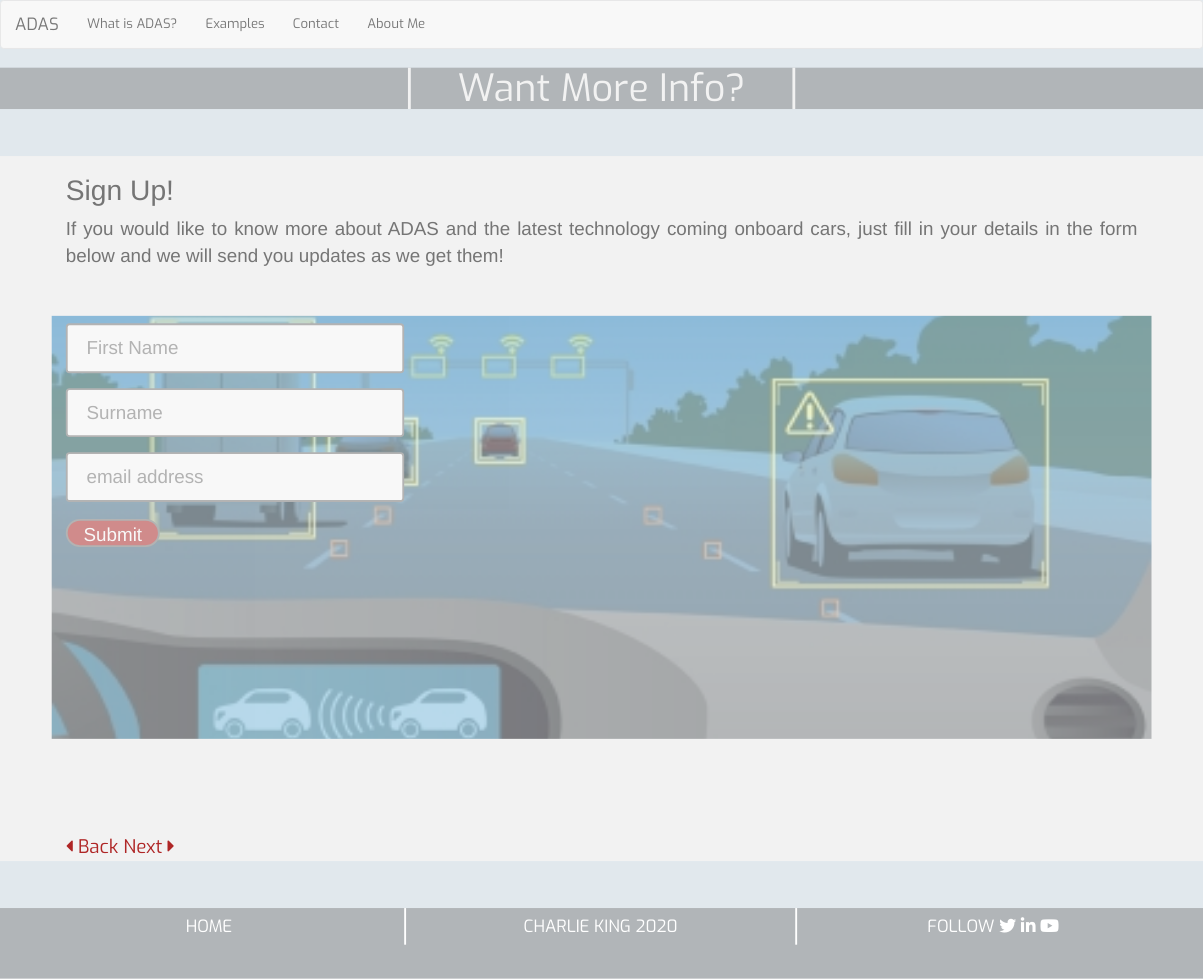
Repository: Cha-K28/First-Milestone-Project
Page: contact.html
The author's editor kept a record of every edit. The page is drawn from the files as they stood at one moment, then again after the next edit.
The browser window is 1280 px wide. The pictures show the whole page, at 94% of full size.
Some web libraries are served in a nearby version.

Above is the page before.

After the next edit:
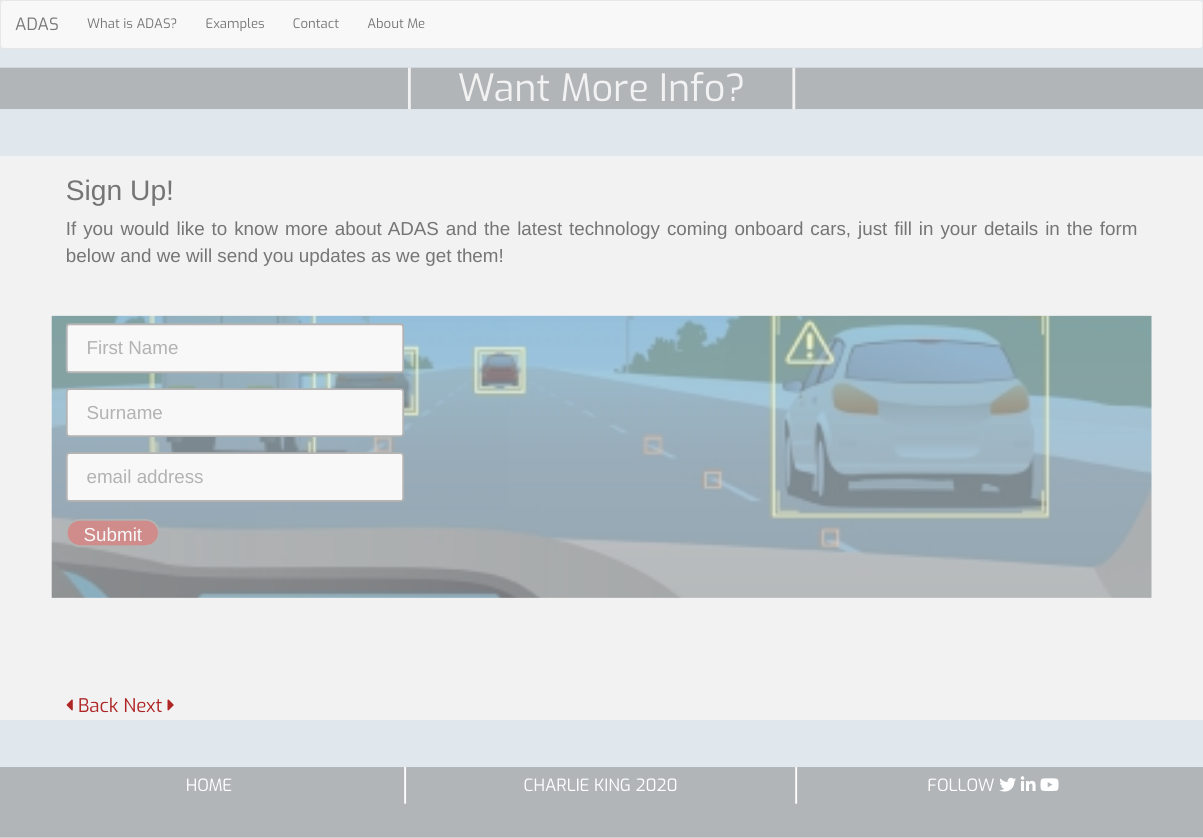
The edit:
--- a/css/style.css
+++ b/css/style.css
@@ -107,7 +107,7 @@
 
   background-image: url(../images/background-image-3.jpg);
   background-size: cover;
-  height: 450px;
+  height: 300px;
   width: auto;
   background-position: center;
   background-repeat: no-repeat;
